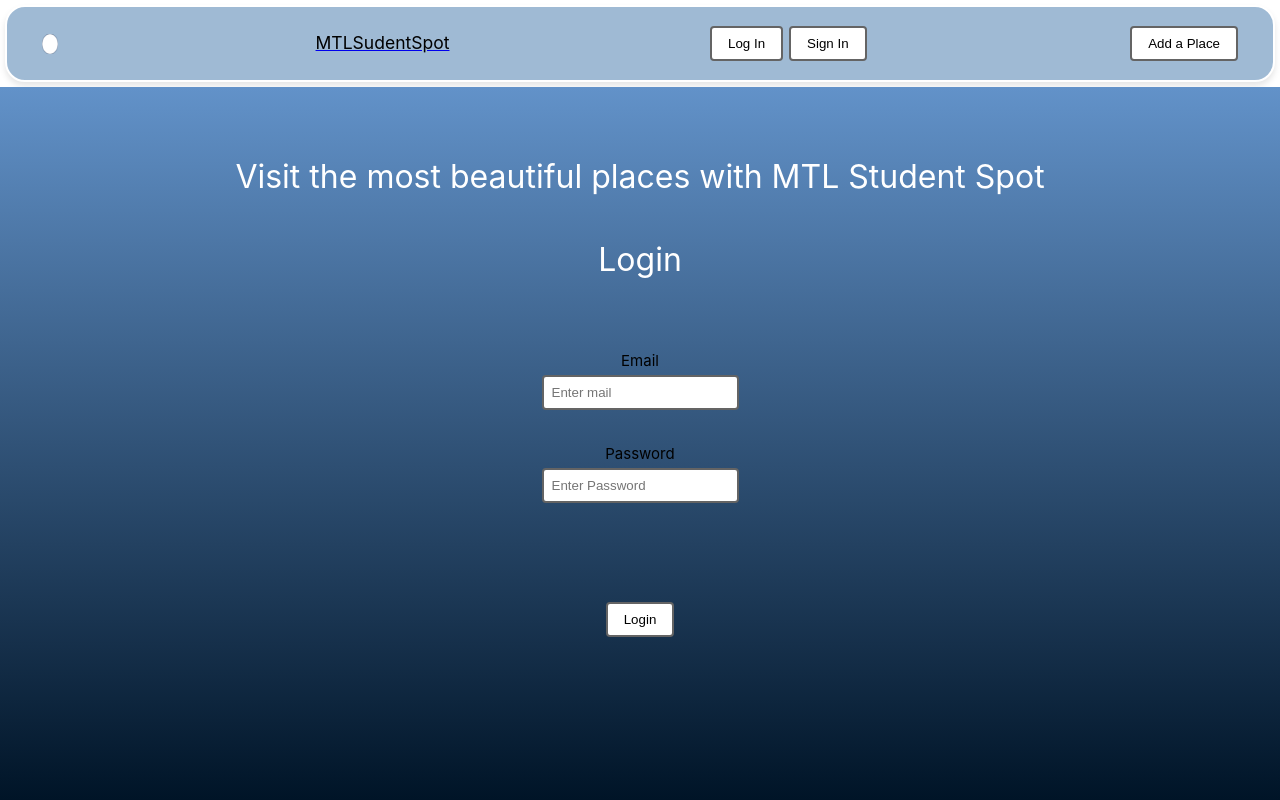
Repository: KevMn6ix/MOD8-2232-GRA-Damois-Leroi--Morant-Munto
Page: /login (app in client/)
These files come from the project's save history. The page is drawn as it stood at one moment and after the next save; the edit follows.
The browser window is 1280 px wide. The pictures show the whole page.
The project was rebuilt for these pictures with package versions that can differ from the ones it lists, and the page was loaded fresh each time. Also part of the build but not shown: client/vite.config.js, client/src/components/HelloWorld.vue, client/src/components/RowLandingPage.vue, client/src/components/PlaceItem.vue, client/server/services/places-service.js, client/src/components/PlaceList.vue, client/src/views/HomeView.vue.

Above is the page before, as saved 2023-10-18 16:36:50.

### client/index.html
<!DOCTYPE html>
<html lang="en">
  <head>
    <meta charset="UTF-8">
    <link rel="icon" href="/favicon.ico">
    <link href="https://cdnjs.cloudflare.com/ajax/libs/font-awesome/5.15.3/css/all.min.css" rel="stylesheet">

    <meta name="viewport" content="width=device-width, initial-scale=1.0">
    <title>Vite App</title>
  </head>
  <body>
    <div id="app"></div>
    <script type="module" src="/src/main.js"></script>
  </body>
</html>

### client/src/assets/main.css
@import './base.css';
/*
#app {
  max-width: 1280px;
  margin: 0 auto;
  padding: 2rem;

  font-weight: normal;
}

a,
.green {
  text-decoration: none;
  color: hsla(160, 100%, 37%, 1);
  transition: 0.4s;
}

@media (hover: hover) {
  a:hover {
    background-color: hsla(160, 100%, 37%, 0.2);
  }
}

@media (min-width: 1024px) {
  body {
    display: flex;
    place-items: center;
  }

  #app {
    display: grid;
    grid-template-columns: 1fr 1fr;
    padding: 0 2rem;
  }
}
*/
@media (prefers-color-scheme: dark) {
  button {
    color:black;
  }
  input {
    color: white;
    background-color: black;
  }
}

### client/src/App.vue
<script setup>
import { RouterLink, RouterView } from 'vue-router'
import HelloWorld from './components/HelloWorld.vue'
</script>

<template >
  <RouterView />

</template>

<style scoped>
template {
  display: flex;
  flex-direction: column;
}

header {
  line-height: 1.5;
  max-height: 100vh;
}

.logo {
  display: block;
  margin: 0 auto 2rem;
}

nav {
  width: 100%;
  font-size: 12px;
  text-align: center;
  margin-top: 2rem;
}

nav a.router-link-exact-active {
  color: var(--color-text);
}

nav a.router-link-exact-active:hover {
  background-color: transparent;
}

nav a {
  display: inline-block;
  padding: 0 1rem;
  border-left: 1px solid var(--color-border);
}

nav a:first-of-type {
  border: 0;
}

@media (min-width: 1024px) {
  header {
    display: flex;
    place-items: center;
    padding-right: calc(var(--section-gap) / 2);
  }

  .logo {
    margin: 0 2rem 0 0;
  }

  header .wrapper {
    display: flex;
    place-items: flex-start;
    flex-wrap: wrap;
  }

  nav {
    text-align: left;
    margin-left: -1rem;
    font-size: 1rem;

    padding: 1rem 0;
    margin-top: 1rem;
  }
}
</style>

### client/src/router/index.js
import { createRouter, createWebHistory } from 'vue-router'
import HomeView from '../views/HomeView.vue'

const router = createRouter({
  history: createWebHistory(import.meta.env.BASE_URL),
  routes: [
    {
      path: '/',
      name: 'home',
      component: HomeView
    },
    {
      path: '/about',
      name: 'about',
      // route level code-splitting
      // this generates a separate chunk (About.[hash].js) for this route
      // which is lazy-loaded when the route is visited.
      component: () => import('../views/AboutView.vue')
    },
    {
      path: '/login',
      name: 'login',

      component: () => import('../views/LoginPage.vue')
    },
    {
      path: '/register',
      name:'register',

      component: () => import('../views/RegisterPage.vue')
    },
    {
      path: '/places/:types',
      name: 'PlacesList',

      component: () => import('../views/PlaceListView.vue')
    },
    {
      path: '/places/review/:id',
      name : 'review',

      component: () => import('../views/PlaceReview.vue')
    },
    {

      path: '/places/:types/:id',
      name: 'PlacePage',

      component: () => import('../views/PlacesPage.vue')

    },
    {
      path: '/places/add',
      name: 'AddPlace',

      component: () => import('../views/AddPageView.vue')
    }
  ]
})

export default router

### client/src/views/LoginPage.vue
<script setup>
import Login from '../components/Login.vue'
import BarOutsideHome from '../components/BarOutsideHome.vue';
</script>

<template>
<header>
    <BarOutsideHome/>
</header>
    <Login />
</template>

<style>

</style>

### client/src/components/NavBar.vue
<script setup>
import { ref } from 'vue'
import LoginPage from '../views/LoginPage.vue'
import TheSubHeader from './TheSubHeader.vue';
const emit = defineEmits(['user-input'])
const UserInput = ref('')
function sendUserInput() {
    console.log(UserInput.value)
    emit('user-input', UserInput.value)
}
</script>
/** This component is hte bar at the top of the screen */
<template>
    <nav id="head-bar">
        <img src="../assets/logoMTL.png">
        <h3>
            MTLSudentSpot
        </h3>
        <input type="text" v-model="UserInput" @input="sendUserInput">
        <div>
        <router-link to='/login'>
        <button>
            Log In
        </button>
        </router-link>
        <router-link to="/register">
        <button>
            Sign In
        </button>
        </router-link>
    </div>
    <div id="sub-header">
    <TheSubHeader/></div>
    </nav>

</template>
<style>

:root{

    --color-navbar: #9fbad4;
    --text-navbar-color-default: #000;
    --color-input: #fff;
    --button-border: #646464;
    --color-button: #fff;
    --button-hover: #7faedc;
}

@media (prefers-color-scheme: dark){

    :root{

        --text-navbar-color-default: #FFF;
        --color-navbar: #211f1f;
        --color-input: #312e2e;
        --button-border: #646464;
        --color-button: #312e2e;
        --button-hover: #646464;

    }

}

nav {
    display: flex;
    justify-content: space-between;
    align-items: center;
    background-color: var(--color-navbar);
    padding: 1rem 2rem;
    box-shadow: 0 4px 6px rgba(0, 0, 0, 0.1);
    border-bottom: 2px solid rgba(0, 0, 0, 0.1);
    border-radius: 20px;
    border: 2px solid var(--button-border);
    margin: 5px;
    flex-grow: 3;
    gap: 20px;
}

h3{

    color: var(--text-navbar-color-default);

}

button {
    background-color: var(--color-button);
    color: var(--text-navbar-color-default);
    border: none;
    padding: 0.5rem 1rem;
    border-radius: 0.25rem;
    cursor: pointer;
    transition: background-color 0.3s ease;
    margin: 3px;
    border: 2px solid var(--button-border);
}

button:hover {
    background-color: var(--button-hover);
}

button:visited {
    color: white; /* Set the text color to yellow when the button is active (clicked) */
}

img {
    height: 20px;
    width: 16px;
}

input {
    flex-grow: 3;
    padding: 0.5rem;
    border: none;
    border-radius: 0.25rem;
    background-color: var(--color-input);
    color: var(--text-navbar-color-default);
    border: 2px solid var(--button-border);
    margin: 0 1rem;
}

#sub-header {
    text-align: center;
}
</style>

### client/src/components/Login.vue
<script>
import AuthentificationService from '@/services/AuthentificationService';

export default {
    name: 'LoginForm',
    data() {
        return {
            email: '',
            password: '',
        };
    },
    methods : {
        async login () {
            const response = await AuthentificationService.login({
                email: this.email,
                password: this.password
            })
            console.log(response)
        }
    }

}

</script>

<template>
    <main>
    <div class="title-container">
        <h1>Visit the most beautiful places with MTL Student Spot</h1>
    </div>

    <div class="login-container">
        <h2>Login</h2>
    </div>

    <form class="form-container" @submit.prevent="login" >
        <div class="input-pair">
            <label for="">Email</label>
            <input type="text" placeholder="Enter mail">
        </div>

        <div class="input-pair">
            <label for="">Password</label>
            <input type="text" placeholder="Enter Password">
        </div>

        <div class="button-container">
            <button class="submit">Login</button>
        </div>
    </form>
</main>


</template>

<style scoped>
main {
  background: linear-gradient(to bottom, #6292c9, #001427);
  color: #FFF; /* Set text color for contrast */
  text-align: center;
  display: flex;
  flex-direction: column;
  align-items: center;
  padding: 4rem 0;
  gap: 2rem;
}

h1 {
  font-size: 2rem;
}

h2 {
  font-size: 2rem;
}

.form-container {

  display: flex;
  flex-direction: column;
  padding: 2rem;
  gap: 2rem;
  color: #000; /* Set text color for form inputs */
}

.input-pair {
  display: flex;
  flex-direction: column;
  align-items: center;
  gap: 0.1rem;
}

.button-container {

  padding: 4rem;
  display: flex;
  justify-content: center;
  align-items: center;
}


</style>

### client/src/components/BarOutsideHome.vue
<script setup>
import { ref } from 'vue'
import LoginPage from '../views/LoginPage.vue'
import { RouterLink } from 'vue-router';
import TheSubHeader from './TheSubHeader.vue';
const emit = defineEmits(['user-input'])
const UserInput = ref('')
function sendUserInput() {
    console.log(UserInput.value)
    emit('user-input', UserInput.value)
}
</script>
/** This component is the bar at the top of the screen */
<template>
    <header>
    <nav id="head-bar">
        <img src="../assets/logoMTL.png">
        <RouterLink to="/">
        <h3>
            MTLSudentSpot
        </h3>
        </RouterLink>

        <div>
        <router-link to='/login'>
        <button>
            Log In
        </button>
        </router-link>
        <router-link to="/register">
        <button>
           Sign In
        </button>
    </router-link>
    </div>

    <div id="sub-header">
<TheSubHeader/></div>
</nav>
</header>

</template>
<style scoped>

:root{

--color-navbar: #9fbad4;
--text-navbar-color-default: #000;
--color-input: #9fbad4;
--button-border: #646464;
--color-button: #fff;
--button-hover: #7faedc;
}

@media (prefers-color-scheme: dark){

:root{

    --text-navbar-color-default: #FFF;
    --color-navbar: #8686d8;
    --color-input: #312e2e;
    --button-border: #646464;
    --color-button: #312e2e;
    --button-hover: #646464;

}

}

#head-bar {
    display: flex;
    justify-content: space-between;
    align-items: center;
    padding: 1rem 2rem;
    background-color: var(--color-navbar);
    box-shadow: 0 4px 6px rgba(0, 0, 0, 0.1);
    border: 2px solid white;
}

h3{

color: var(--text-navbar-color-default);

}

button {
    background-color: var(--color-button);
    color: var(--text-navbar-color-default);
    border: none;
    padding: 0.5rem 1rem;
    border-radius: 0.25rem;
    cursor: pointer;
    transition: background-color 0.3s ease;
    border: 2px solid var(--button-border);
}

button:hover {
    background-color: var(--button-hover);
}

button:visited {
    color: white; /* Set the text color to yellow when the button is active (clicked) */
}

img {
    height: 20px;
    width: 16px;
    margin-left: 3px;
}

input {
    flex-grow: 3;
    padding: 0.5rem;
    border: none;
    border-radius: 0.25rem;
    background-color: var(--color-background-default);
    color: var(--text-color-default);
    margin: 0 1rem;
}

#sub-header {
    text-align: center;
}
</style>

### client/src/components/TheSubHeader.vue
<script setup>
import { RouterLink } from 'vue-router';
</script>
<template>
  <RouterLink to="/places/add">
    <button>
       Add a Place
    </button>
  </RouterLink>
</template>
<style scoped>
:root {
  --light-color-background-restaurant: #A5BDD9;
    --light-color-background-travel: #a2c4ec;
    --light-color-background-activity: #9EB3CB;
    --dark-color-background-restaurant: #a2c4ec9d;
    --dark-color-background-travel: #a5bdd971;
    --dark-color-background-activity: #9eb3cb0e;
    --color-background-restaurant: var(--light-color-background-restaurant);
    --color-background-travel: var(--light-color-background-travel);
    --color-background-activity: var(--light-color-background-activity);
    @media (prefers-color-scheme: dark) {
      --color-background-restaurant: var(--dark-color-background-restaurant);
        --color-background-travel: var(--dark-color-background-travel);
        --color-background-activity: var(--dark-color-background-activity);
    }
}
p {
    min-width: 333px;
    text-align: center;
    size: 50%;
    padding: 0;
    margin: 0;
}
</style>

### client/src/services/AuthentificationService.js
import Api from "./Api"

export default {
    async register (creditentials) {
        return await Api().post('register', creditentials)
    },

    async login(creditentials) {
        return await Api().post('login', creditentials)
    }
}

// AuthentificationService.register({
//   email: 'testing@gmail.com',
//   password: '123456'
//  })

Loaded but not shown: client/src/main.js (common file); client/src/assets/base.css (common file); client/src/services/Api.js (common file)

After the next save:
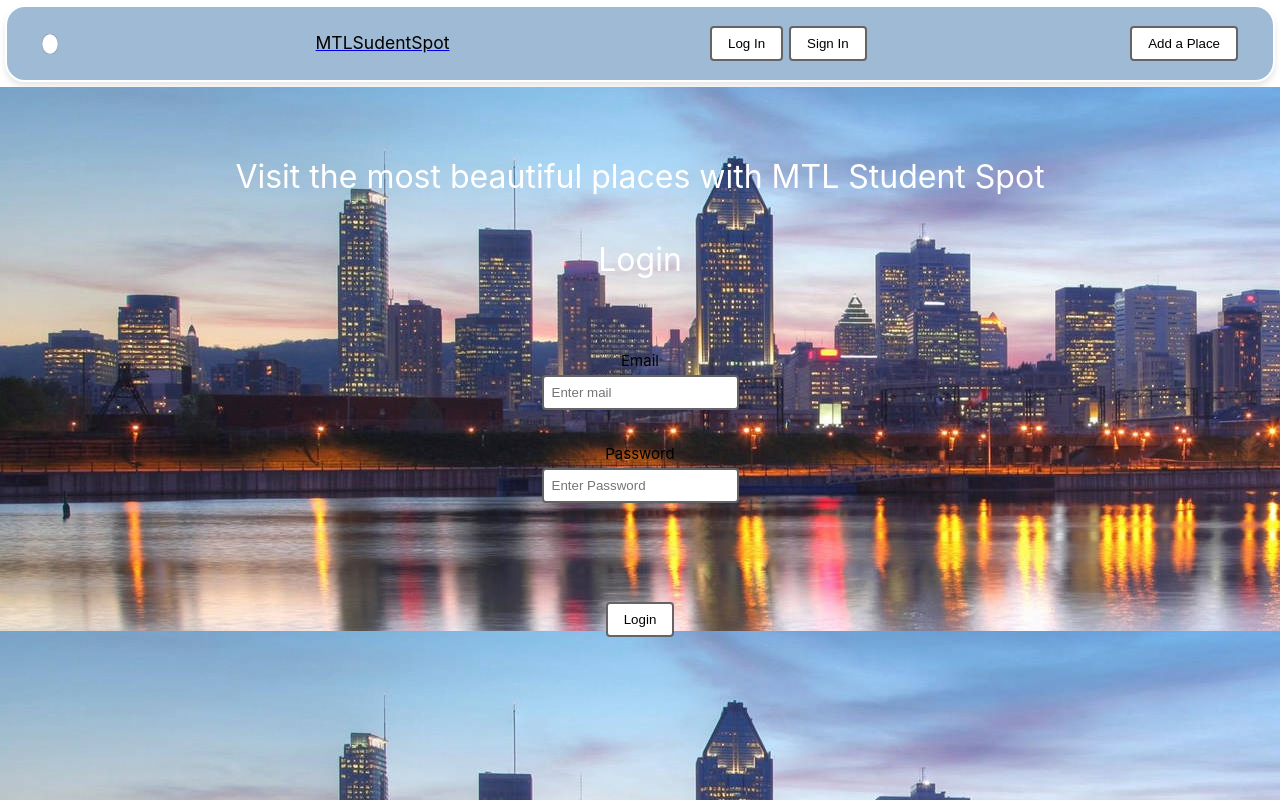
Saved 4 min 18 s later.
--- a/client/src/components/Login.vue
+++ b/client/src/components/Login.vue
@@ -55,7 +55,7 @@ export default {
 
 <style scoped>
 main {
-  background: linear-gradient(to bottom, #6292c9, #001427);
+background-image: url('../assets/montrealbynight.jpg');
   color: #FFF; /* Set text color for contrast */
   text-align: center;
   display: flex;
